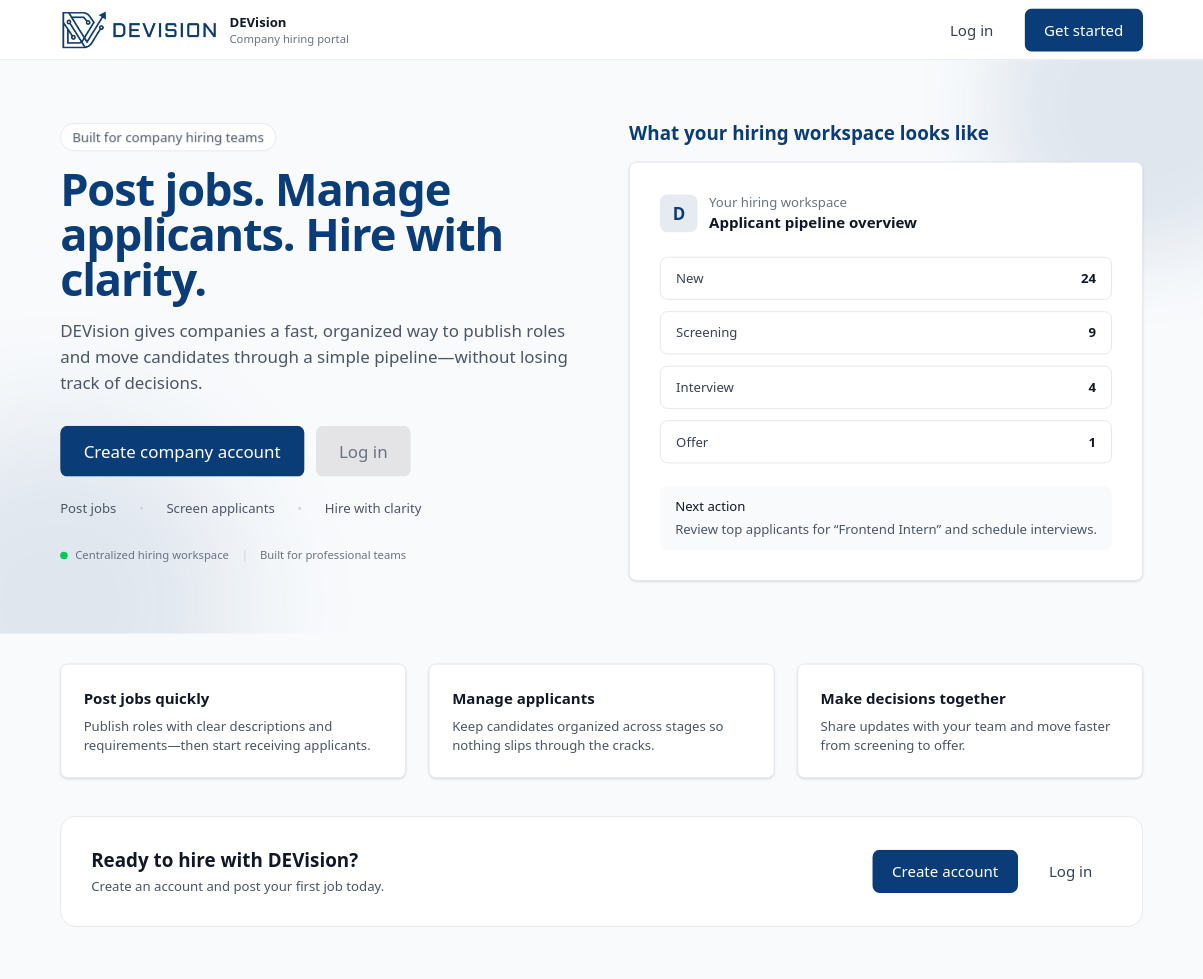
Repository: ISYS3461-2025C-Mulan-DEVision/JobManager_FE
Page: /
The author's editor kept a copy of each file at every save. The page is drawn from the files as they stood at one save, then again after the next save.
The browser window is 1280 px wide. The pictures show the whole page, at 94% of full size.
The project was rebuilt for these pictures with package versions that can differ from the ones it lists, and the page was loaded fresh each time. Also part of the build but not shown: vite.config.js, src/components/ui/Input/Input.tsx, src/components/ui/Spinner/Spinner.tsx, src/components/ui/Alert/Alert.tsx, src/components/ui/GoogleLogo/GoogleLogo.tsx, src/components/headless/Form/Form.tsx, src/components/headless/Form/index.ts, src/components/headless/Table/useTable.ts and 19 more.

Above is the page before, as saved 2025-12-12 16:54:22.

### index.html
<!doctype html>
<html lang="en">
  <head>
    <meta charset="UTF-8" />
    <link rel="icon" type="image/svg+xml" href="/logo/logo-icon.png" />
    <meta name="viewport" content="width=device-width, initial-scale=1.0" />
    <title>jobmanager-fe</title>
  </head>
  <body>
    <div id="root"></div>
    <script type="module" src="/src/main.jsx"></script>
  </body>
</html>

### src/main.tsx
import React, { StrictMode } from "react";
import { createRoot } from "react-dom/client";
import "./index.css";
import { BrowserRouter } from "react-router-dom";
import App from "./App.js";
import { Provider } from "react-redux";
import store from "./store/index.js";

const container = document.getElementById("root")!;
if (!container) {
    throw new Error("Root container not found");
} else {
    createRoot(container).render(
        <StrictMode>
            <Provider store={store}>
                <BrowserRouter>
                    <App />
                </BrowserRouter>
            </Provider>
        </StrictMode>,
    );
}

### src/index.css
@import "tailwindcss";

@theme {
  --color-heading: #0A3D78;
  --color-dark-blue: #1E293B;
  --color-background: #F8FAFC;
  --color-filled-button: #0A3D78;
}

html,
body {
    height: 100%;
}

:root {
    font-family: system-ui, -apple-system, Segoe UI, Roboto, Helvetica, Arial, sans-serif;
    line-height: 1.5;
    font-weight: 400;
    font-synthesis: none;
    text-rendering: optimizeLegibility;
    -webkit-font-smoothing: antialiased;
    -moz-osx-font-smoothing: grayscale;
}

body {
    margin: 0;
    min-width: 320px;
    min-height: 100vh;
    background: var(--color-background-color);
    color: #0f172a;
}


/* button {
    border-radius: 8px;
    border: 1px solid transparent;
    padding: 0.6em 1.2em;
    font-size: 1em;
    font-weight: 500;
    font-family: inherit;
    background-color: #1a1a1a;
    cursor: pointer;
    transition: border-color 0.25s;
}
button:hover {
    border-color: #646cff;
}
button:focus,
button:focus-visible {
    outline: 4px auto -webkit-focus-ring-color;
} */

### src/App.tsx
import { Routes, Route } from "react-router-dom";
import Home from "./pages/Home";
import LoginPage from "./pages/LoginPage";
import RegistrationPage from "./pages/RegistrationPage";
import AppHeader from "./components/common/AppHeader";

function App() {
    return (
        <div className="min-h-screen bg-background">
            <AppHeader />
            <main>
                <Routes>
                    <Route path="/" element={<Home />} />
                    <Route path="/login" element={<LoginPage />} />
                    <Route path="/register" element={<RegistrationPage />} />
                </Routes>
            </main>
        </div>
    );
}

export default App;

### src/store/index.ts
import configureStore from "./configureStore";
const store = configureStore();
export default store;

### src/components/common/AppHeader.tsx
import { Link, useLocation } from "react-router-dom";
import { Button } from "../ui";

type AppHeaderProps = {
    className?: string;
};

export default function AppHeader({ className }: AppHeaderProps) {
    const location = useLocation();

    const pathname = location.pathname;
    const onLogin = pathname === "/login";
    const onRegister = pathname === "/register";

    return (
        <header className={className ?? ""}>
            <div className="h-16 border-b border-gray-200 bg-white">
                <div className="mx-auto flex h-full max-w-6xl items-center justify-between">
                    <Link to="/" className="flex items-center gap-3">
                        <img src="/logo/logo.png" alt="DEVision" className="h-10 w-auto" />
                        <div className="leading-tight">
                            <div className="text-sm font-semibold text-gray-900">DEVision</div>
                            <div className="text-xs text-gray-500">Company hiring portal</div>
                        </div>
                    </Link>

                    <nav className="flex items-center gap-3">
                        {!onLogin && (
                            <Link to="/login" className="inline-flex">
                                <Button variant="ghost">Log in</Button>
                            </Link>
                        )}
                        {!onRegister && (
                            <Link to="/register" className="inline-flex">
                                <Button>Get started</Button>
                            </Link>
                        )}
                    </nav>
                </div>
            </div>
        </header>
    );
}

### src/store/configureStore.ts
import { createStore, applyMiddleware, Store } from "redux";
import { createLogger } from "redux-logger";
import createSagaMiddleware from "redux-saga";
import { enableBatching } from "redux-batched-actions";
import createReducer from "./reducers";
import rootSaga from "./saga";

const configureStore = (initialState = {}): Store => {
    const rootReducer = createReducer();
    const sagaMiddleware = createSagaMiddleware();

    const middlewares = [sagaMiddleware];

    const isDev = import.meta.env.VITE_NODE_ENV === "development";

    if (isDev) {
        const loggerMiddleware = createLogger({
            collapsed: () => true,
        });
        (middlewares as any[]).push(loggerMiddleware);
    }

    const store = createStore(
        enableBatching(rootReducer),
        initialState,
        applyMiddleware(...middlewares),
    );

    sagaMiddleware.run(rootSaga);

    return store;
};

export default configureStore;

### src/components/ui/index.ts
// UI Components - Presentational components with styling
export * from "./Button";
export * from "./Input";
export * from "./Card";
export * from "./Spinner";
export * from "./Alert";
export * from "./GoogleLogo";

### src/store/reducers.ts
import { combineReducers } from "redux";
import { reducers } from "../redux";
import _ from "lodash";

const appReducer = combineReducers(reducers);
export default function createReducer() {
    const rootReducer = (state, action) => {
        if (action.type === "FORCE_UPDATE_GLOBAL_STATE") {
            return appReducer(_.cloneDeep(action.payload), action as never);
        }
        return appReducer(state, action as never);
    };

    return rootReducer;
}

### src/store/saga.ts
import { all, fork } from "redux-saga/effects";
import { sagas } from "../redux";

export default function* rootSaga() {
    yield all([...Object.values(sagas)].map(fork));
}

### src/components/ui/Button/index.ts
export { Button } from "./Button";
export type { ButtonProps } from "./Button";

### src/components/ui/Input/index.ts
export { Input } from "./Input";
export type { InputProps } from "./Input";

### src/components/ui/Card/index.ts
export { Card, CardHeader, CardBody, CardFooter } from "./Card";
export type { CardProps } from "./Card";

### src/components/ui/Spinner/index.ts
export { Spinner } from "./Spinner";
export type { SpinnerProps } from "./Spinner";

### src/components/ui/Alert/index.ts
export { Alert } from "./Alert";
export type { AlertProps } from "./Alert";

### src/components/ui/GoogleLogo/index.ts
export { GoogleLogo } from "./GoogleLogo";
export type { GoogleLogoProps } from "./GoogleLogo";

### src/redux/index.ts
const loadModules = (modules: Record<string, any>, hasDefault = false) =>
    Object.entries(modules).map(([path, mod]) => {
        const parts = path.split("/");
        return {
            name: parts.at(-1)!.replace(".js", "").toUpperCase(),
            key: parts.at(-2)!,
            data: hasDefault ? mod.default : mod,
        };
    });

const rawActions = loadModules(
    import.meta.glob("./**/actions.ts", { eager: true }),
    true,
);

const rawTypes = loadModules(
    import.meta.glob("./**/types.ts", { eager: true }),
    false,
);

const rawReducers = loadModules(
    import.meta.glob("./**/reducer.ts", { eager: true }),
    true,
);

const rawSagas = loadModules(
    import.meta.glob("./**/saga.ts", { eager: true }),
    false,
);

// Final exports
export const actions = rawActions.reduce((p, e) => ({ ...p, ...e.data }), {});
export const types = rawTypes.reduce((p, e) => ({ ...p, ...e.data }), {});
export const reducers = rawReducers.reduce(
    (p, e) => ({ ...p, [e.key]: e.data }),
    {},
);
export const sagas = rawSagas.reduce((p, e) => ({ ...p, ...e.data }), {});

### src/components/ui/Button/Button.tsx
import React from "react";
import clsx from "clsx";

export interface ButtonProps extends React.ButtonHTMLAttributes<HTMLButtonElement> {
    variant?: "primary" | "secondary" | "outline" | "ghost" | "danger";
    size?: "sm" | "md" | "lg";
    isLoading?: boolean;
    fullWidth?: boolean;
    children: React.ReactNode;
}

export const Button: React.FC<ButtonProps> = ({
    variant = "primary",
    size = "md",
    isLoading = false,
    fullWidth = false,
    className,
    disabled,
    children,
    ...props
}) => {
    const baseStyles =
        "font-medium rounded-lg transition-[border-color] duration-250 focus:outline-none focus:ring-2 focus:ring-offset-2 disabled:opacity-50 disabled:cursor-not-allowed border border-transparent cursor-pointer";

    const variants = {
        primary: "bg-filled-button text-white hover:bg-filled-button/90 focus:ring-filled-button",
        secondary:
            "bg-zinc-200 text-gray-500 hover:bg-zinc-600 hover:text-white focus:ring-zinc-500",
        outline:
            "border border-heading-text text-heading hover:bg-heading-text/10 focus:ring-heading-text",
        ghost: "text-gray-700 hover:bg-gray-100 focus:ring-gray-500",
        danger: "bg-red-600 text-white hover:bg-red-700 focus:ring-red-500",
    };

    const sizes = {
        sm: "px-3 py-1.5 text-sm",
        md: "px-5 py-2.5 text-base",
        lg: "px-6 py-3 text-lg",
    };

    return (
        <button
            className={clsx(
                baseStyles,
                variants[variant],
                sizes[size],
                fullWidth && "w-full",
                className,
            )}
            disabled={disabled || isLoading}
            {...props}
        >
            {isLoading ? (
                <span className="flex items-center justify-center">
                    <svg
                        className="animate-spin -ml-1 mr-2 h-4 w-4"
                        fill="none"
                        viewBox="0 0 24 24"
                    >
                        <circle
                            className="opacity-25"
                            cx="12"
                            cy="12"
                            r="10"
                            stroke="currentColor"
                            strokeWidth="4"
                        />
                        <path
                            className="opacity-75"
                            fill="currentColor"
                            d="M4 12a8 8 0 018-8V0C5.373 0 0 5.373 0 12h4zm2 5.291A7.962 7.962 0 014 12H0c0 3.042 1.135 5.824 3 7.938l3-2.647z"
                        />
                    </svg>
                    Loading...
                </span>
            ) : (
                children
            )}
        </button>
    );
};

### src/components/ui/Card/Card.tsx
import React from "react";
import clsx from "clsx";

export interface CardProps {
  children: React.ReactNode;
  className?: string;
  padding?: "none" | "sm" | "md" | "lg";
  hover?: boolean;
}

export const Card: React.FC<CardProps> = ({
  children,
  className,
  padding = "md",
  hover = false,
}) => {
  const paddingStyles = {
    none: "",
    sm: "p-3",
    md: "p-4",
    lg: "p-6",
  };

  return (
    <div
      className={clsx(
        "bg-white rounded-lg border border-gray-200 shadow-sm",
        paddingStyles[padding],
        hover && "hover:shadow-md transition-shadow cursor-pointer",
        className
      )}
    >
      {children}
    </div>
  );
};

export const CardHeader: React.FC<{
  children: React.ReactNode;
  className?: string;
}> = ({ children, className }) => (
  <div className={clsx("border-b border-gray-200 pb-3 mb-3", className)}>
    {children}
  </div>
);

export const CardBody: React.FC<{
  children: React.ReactNode;
  className?: string;
}> = ({ children, className }) => <div className={className}>{children}</div>;

export const CardFooter: React.FC<{
  children: React.ReactNode;
  className?: string;
}> = ({ children, className }) => (
  <div className={clsx("border-t border-gray-200 pt-3 mt-3", className)}>
    {children}
  </div>
);

### src/redux/app/actions.ts
import * as types from "./type";

const setLoading = (payload: boolean) => ({ type: types.SET_LOADING, payload });
const setError = (payload: string | null) => ({
    type: types.SET_ERROR,
    payload,
});
const setInitialized = (payload: boolean) => ({
    type: types.SET_INITIALIZED,
    payload,
});
const reset = () => ({ type: types.RESET });

const toggleLoadingAsync = (payload: boolean) => ({
    type: types.TOGGLE_LOADING_ASYNC,
    payload,
});

export default {
    setLoading,
    setError,
    setInitialized,
    reset,
    toggleLoadingAsync,
};

### src/redux/app/reducer.ts
import * as types from "./type";
export interface AppState {
    loading: boolean;
    error: string | null;
    initialized?: boolean;
    test: string;
}

const INITIAL_STATE: AppState = {
    loading: true,
    error: null,
    initialized: false,
    test: "test",
};

type Action = { type: string; payload?: any };

export default function appReducer(
    state: AppState = INITIAL_STATE,
    action: Action,
): AppState {
    switch (action.type) {
        case types.SET_LOADING:
            return { ...state, loading: !!action.payload };
        case types.SET_ERROR:
            return { ...state, error: action.payload ?? null, loading: false };
        case types.SET_INITIALIZED:
            return { ...state, initialized: !!action.payload };
        case types.RESET:
            return { ...INITIAL_STATE };
        default:
            return state;
    }
}

### src/redux/app/saga.ts
import { takeEvery, put, delay } from "redux-saga/effects";
import * as types from "./type";
import actions from "./actions";

function* handleToggleLoading(action: any) {
    yield delay(300);
    yield put(actions.setLoading(action.payload));
}

export function* watchToggleLoading() {
    yield takeEvery(types.TOGGLE_LOADING_ASYNC, handleToggleLoading);
}

### src/redux/app/type.ts
const prefix = "APP/";

export const SET_LOADING = `${prefix}SET_LOADING`;
export const SET_ERROR = `${prefix}SET_ERROR`;
export const SET_INITIALIZED = `${prefix}SET_INITIALIZED`;
export const RESET = `${prefix}RESET`;

// test async action
export const TOGGLE_LOADING_ASYNC = `${prefix}TOGGLE_LOADING_ASYNC`;

Loaded but not shown: src/pages/Home.tsx (141 lines, source omitted)

After the next save:
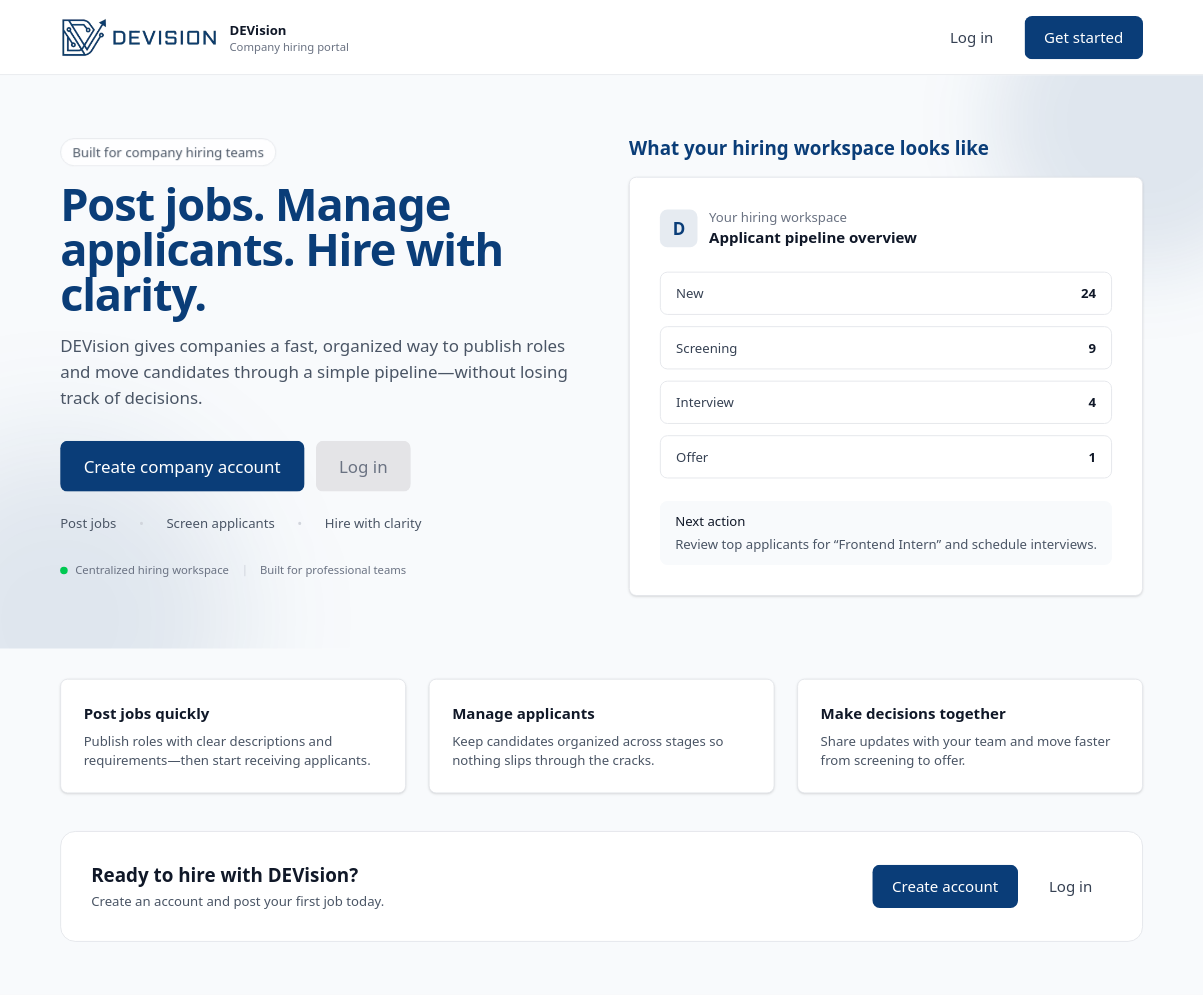
Saved 11 s later.
--- a/src/components/common/AppHeader.tsx
+++ b/src/components/common/AppHeader.tsx
@@ -14,7 +14,7 @@ export default function AppHeader({ className }: AppHeaderProps) {
 
     return (
         <header className={className ?? ""}>
-            <div className="h-16 border-b border-gray-200 bg-white">
+            <div className="h-20 border-b border-gray-200 bg-white">
                 <div className="mx-auto flex h-full max-w-6xl items-center justify-between">
                     <Link to="/" className="flex items-center gap-3">
                         <img src="/logo/logo.png" alt="DEVision" className="h-10 w-auto" />
